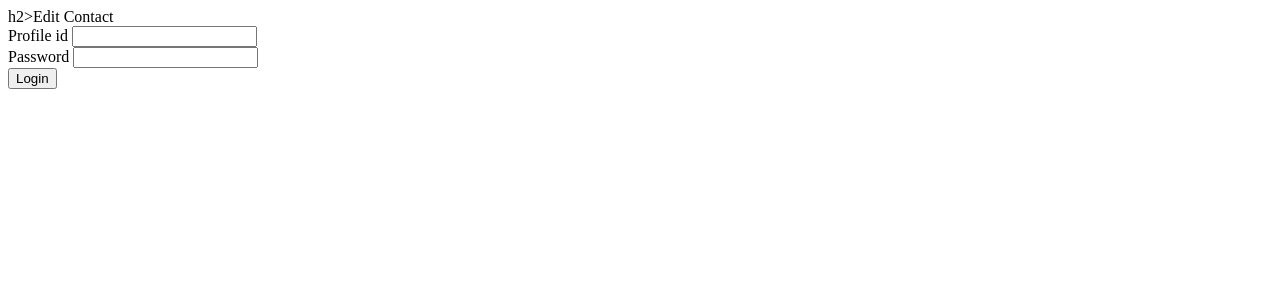
Repository: abkc727/handson-assignments
Page: http://localhost/contact-app/editcontacts.jsp
These files come from the project's save history. The page is drawn as it stood at one moment and after the next save; the edit follows.
The browser window is 1280 px wide. The pictures show the whole page.
The page is served by Tomcat 9.

Above is the page before, as saved 2020-10-01 09:01:31.

After the next save:
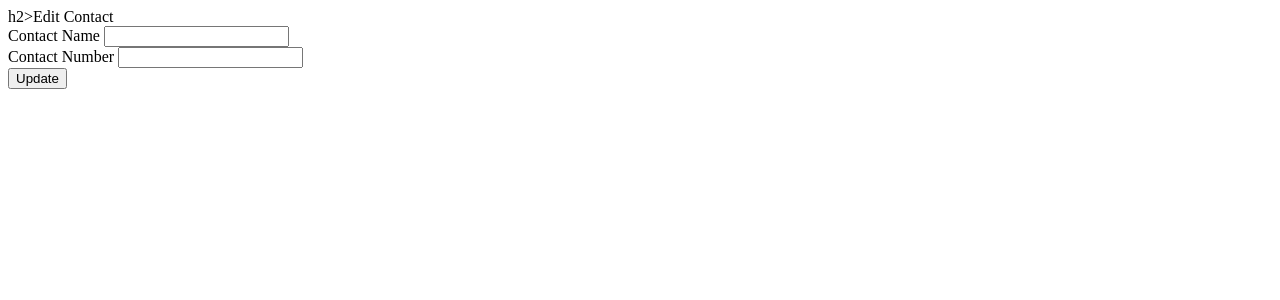
Saved 119 s later.
--- a/Day 13 - CONTACT-APP/contact-app/WebContent/editcontacts.jsp
+++ b/Day 13 - CONTACT-APP/contact-app/WebContent/editcontacts.jsp
@@ -10,14 +10,14 @@
 	h2>Edit Contact</h2>
 	<form action = "EditContactServlet" method = "post">
 		<label>
-			Profile id <input type = "text" name = "profileId">
+			Contact Name <input type = "text" name = "name">
 		</label>
 		<br />
 		<label>
-			Password <input type = "password" name = "pass">
+			Contact Number <input type = "text" name = "phone">
 		</label>
 		<br />
-		<input type = "submit" value = "Login">
+		<input type = "submit" value = "Update">
 	</form>
 
 
